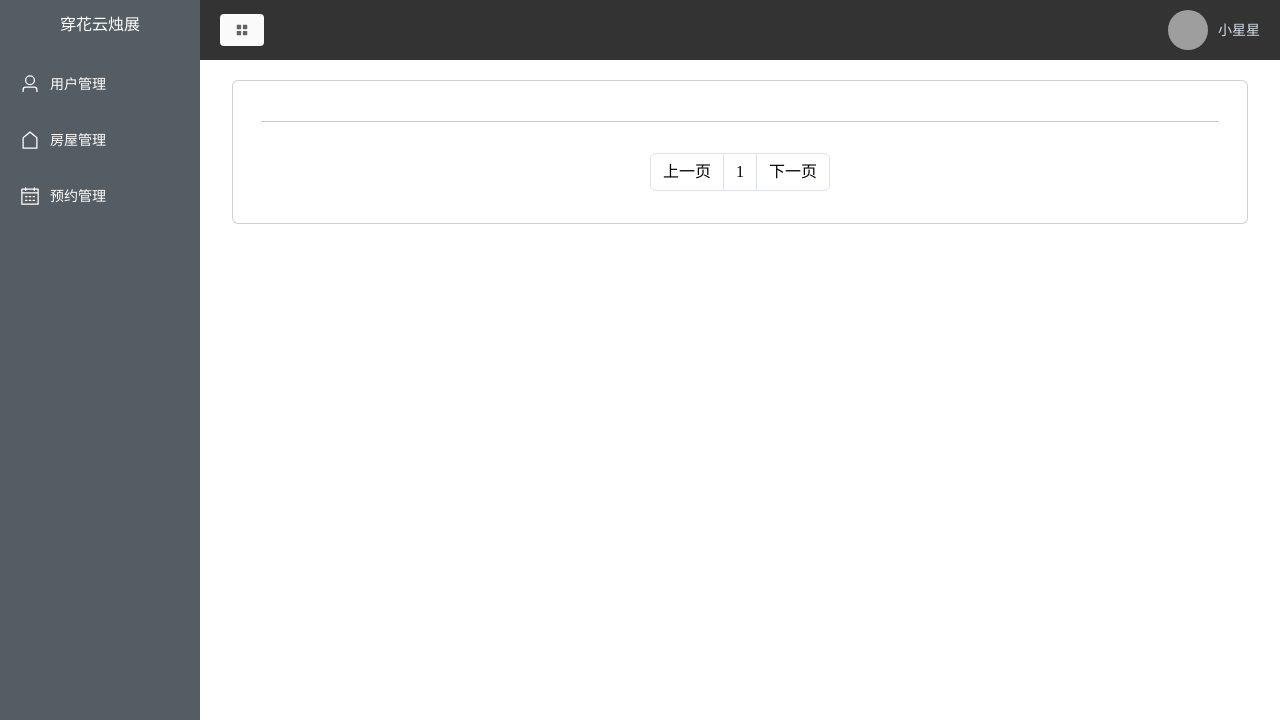
Repository: 3403784285-lucky/test-vue-big
Page: /manager-layout
An editor plug-in stored every save of this project. The page is shown before and after the next save, followed by the edit.
The browser window is 1280 px wide. The pictures show the whole page.
Pictures or frames that could not be fetched are drawn as grey boxes. The page's requests for data from a server got no answer. The project was rebuilt for these pictures with package versions that can differ from the ones it lists, and the page was loaded fresh each time. No one was signed in, and anything a server would have sent is missing. Also part of the build but not shown: vite.config.js, src/components/HelloWorld.vue, src/components/WelcomeItem.vue, src/components/icons/IconDocumentation.vue, src/components/icons/IconTooling.vue, src/components/icons/IconEcosystem.vue, src/components/icons/IconCommunity.vue, src/components/icons/IconSupport.vue and 2 more. Imported but missing from the stored project, and not drawn on this page: src/views/user/UserPassword.vue.

Above is the page before, as saved 2024-06-22 11:31:04.

After the next save:
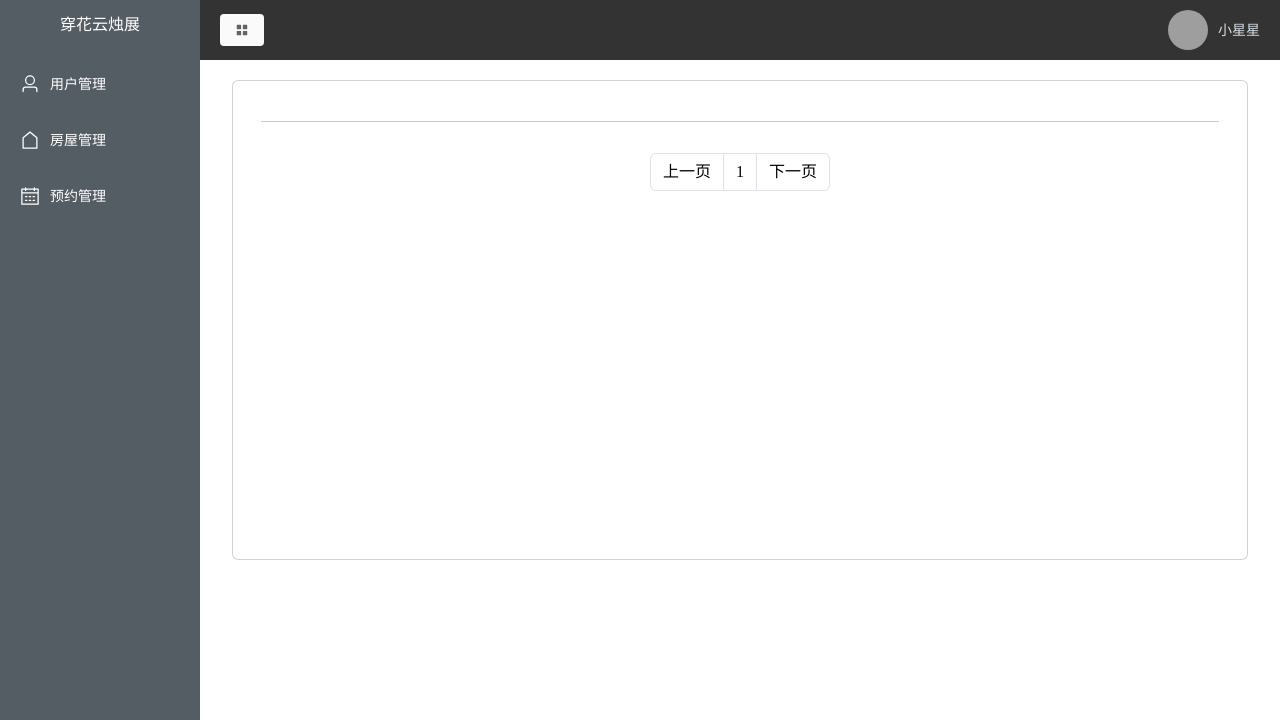
Saved 35 s later.
--- a/src/views/back/HouseManage.vue
+++ b/src/views/back/HouseManage.vue
@@ -860,6 +860,7 @@ const debounceFuncDo = _.debounce((house) => doHouse(house), 500, {
 }
 .manage-frame {
   padding: 1rem;
+  height: 66.6vh;
 }
 .name {
   font-size: 0.9rem;
